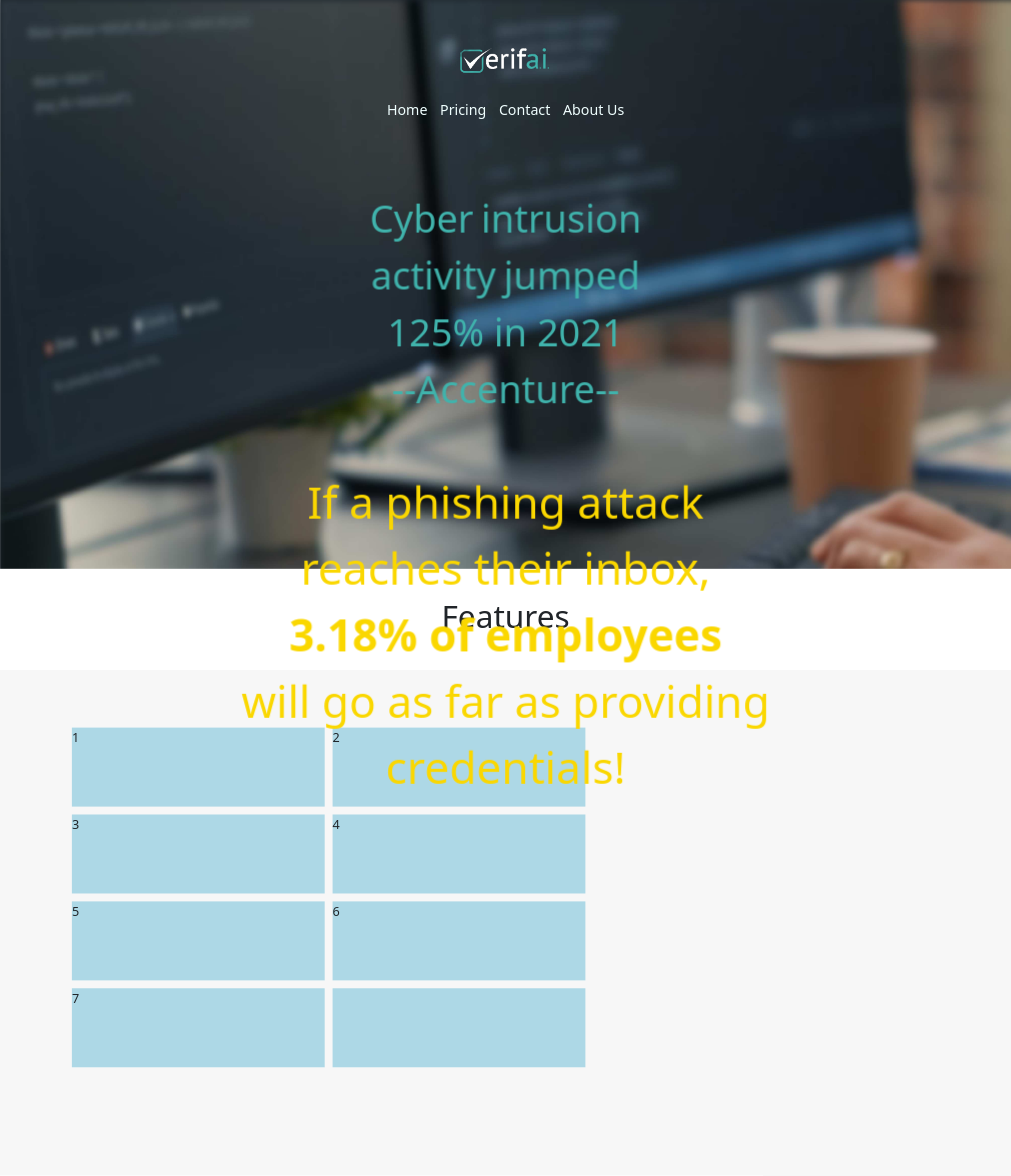
Repository: Ali-VB/verif-website
Page: /
An editor plug-in stored every save of this project. The page is shown before and after the next save, followed by the edit.
The browser window is 1280 px wide. The pictures show the whole page, at 79% of full size.
The project was rebuilt for these pictures with package versions that can differ from the ones it lists, and the page was loaded fresh each time.

Above is the page before, as saved 2022-04-19 10:55:10.

### src/index.css
 body {
  margin: 0;
  padding: 0;
  font-family: -apple-system, BlinkMacSystemFont, 'Segoe UI', 'Roboto', 'Oxygen',
    'Ubuntu', 'Cantarell', 'Fira Sans', 'Droid Sans', 'Helvetica Neue',
    sans-serif;
  -webkit-font-smoothing: antialiased;
  -moz-osx-font-smoothing: grayscale;
}

/* code {
  font-family: source-code-pro, Menlo, Monaco, Consolas, 'Courier New',
    monospace;
}  */

### src/App.js
import React from "react";
import './App.css'
import Navbar from './components/Navbar/Navbar';
import Features from './components/Features/Features'
import Header from './components/Header/Header'


function App() {
  return (
    <div>
      <div className="nav-bg">
        <Navbar />
        <Header />

      </div>
       <Features />
    </div>

  );
}

export default App;

### src/App.css

.nav-bg{
    background-image: url("./Assets/imgs/nav-bg.png");
    height: 100vh;
}

### src/components/Navbar/Navbar.jsx
import React from "react";
import "./Navbar.css";
import verifLogo from "../../Assets/imgs/logo_verif_white.png";
import Header from "../Header/Header";

function Navbar() {
  return (
    <div className="container">
      <div className=" navbar">
        <img className="verif-logo" src={verifLogo} alt="verif-logo" />
        <ul className="navLink">
          <li>Home</li>
          <li>Pricing</li>
          <li>Contact</li>
          <li>About Us</li>
        </ul>
      </div>
    </div>
  );
}

export default Navbar;

### src/components/Features/Features.jsx
import React from "react";
import "./Features.css";
const Features = () => {
  return (
    <div>
      <div className="features-title-section">
        <h1 className="features-title">Features</h1>
      </div>
      <div className="features-section">
        <div className="feature-table">
          <div>1</div>
          <div>2</div>
          <div>3</div>
          <div>4</div>
          <div>5</div>
          <div>6</div>
          <div>7</div>
          <div></div>
        </div>
      </div>
    </div>
  );
};

export default Features;

### src/components/Header/Header.jsx
import React from "react";
import "./Header.css";

export default function Header() {
  return (
    <div className="header-animated">
      <div className="text-first">
        <span className="text-first-span">Cyber</span>
        <span className="text-first-span">intrusion</span>
        <span className="text-first-span">activity</span>
        <span className="text-first-span">jumped</span>
        <span className="text-first-span">125% in 2021</span>
        <span className="text-first-span">--Accenture--</span>
      </div>
      <div className="text-second">
        <span className="text-second-span">If a phishing attack reaches their inbox,</span>
        <span className="text-second-span">3.18% of employees</span>
        <span className="text-second-span">
          will go as far as providing credentials!
        </span>
      </div>
    </div>
  );
}

### src/components/Navbar/Navbar.css

.navbar{
    display: flex;
    flex-direction: column;
    justify-content: center;
    height:10rem;
}
.verif-logo{
    width: 8rem;
    margin-top: 3rem;
}
.verif-logo:hover{
    cursor: pointer;
}
.navLink{
    margin: 0;
    padding:0;
    list-style-type: none;
    display: flex;
    color: azure;
    font-size: 18px;
    gap: 1rem;

}
.navLink:hover{
    cursor: pointer;
}

### src/components/Features/Features.css
.features-title-section{
    height: 8rem;
    display: flex;
    justify-content: center;
    align-items: center;
}
.features-title{

}
.features-section{
    height: 40rem;
    background-color: #f7f7f7;
}
.feature-table{
    display: flex;
    flex-wrap: wrap;
    justify-content: center;
    align-items: center;
    align-content: center;
    width: 65%;
    height: 80vh;
    overflow: auto;
    flex-direction: row;
}
.feature-table div{
    width: 20rem;
    height: 100px;
    margin: 5px;
    background-color: lightblue;
}

### src/components/Header/Header.css
.header-animated{
    overflow-wrap:break-word;
    margin:0 auto;
    padding: 3rem 5rem;
}

.text-first {
    padding: 2rem 2rem;
    color: #40B3AC;
    font-size:3rem;
    width: 40%;
    margin: 0 auto;
    text-align: center;
    transform: scale(0.94);
    animation: scale 2s forwards cubic-bezier(0.5, 1, 0.89, 1);
  }
.text-second {
    padding: 2rem 2rem;
    color: #FAD700;
    font-size:3.5rem;
    width: 70%;
    margin: 0 auto;
    text-align: center;
    transform: scale(0.94);
    animation: scale 3s forwards cubic-bezier(0.5, 1, 0.89, 1);
  }
  @keyframes scale {
    100% {
      transform: scale(1);
    }
  }

  .text-first-span {
    display: inline-block;
    opacity: 0;
    filter: blur(4px);
  }

  .text-first-span:nth-child(1) {
    animation: fade-in 1s 0.1s forwards cubic-bezier(0.11, 0, 0.5, 0);
    margin: 0 0.3rem;
  }

  .text-first-span:nth-child(2) {
    animation: fade-in 1s 0.3s forwards cubic-bezier(0.11, 0, 0.5, 0);
    margin: 0 0.3rem;
  }

  .text-first-span:nth-child(3) {
    animation: fade-in 1s 0.5s forwards cubic-bezier(0.11, 0, 0.5, 0);
    margin: 0 0.3rem;
  }

  .text-first-span:nth-child(4) {
    animation: fade-in 1s 0.7s forwards cubic-bezier(0.11, 0, 0.5, 0);
    margin: 0 0.3rem;
  }

  .text-first-span:nth-child(5) {
    animation: fade-in 1s 0.9s forwards cubic-bezier(0.11, 0, 0.5, 0);
    margin: 0 0.3rem;
  }
  .text-first-span:nth-child(6) {
    animation: fade-in 1s 0.9s forwards cubic-bezier(0.11, 0, 0.5, 0);
    margin: 0 0.3rem;
  }

  .text-second-span {
    display: inline-block;
    opacity: 0;
    filter: blur(4px);
  }

  .text-second-span:nth-child(1) {
    animation: fade-in 1.2s 2.2s forwards cubic-bezier(0.11, 0, 0.5, 0);
    margin: 0 0.3rem;
  }

  .text-second-span:nth-child(2) {
    animation: fade-in 1.8s 2.6s forwards cubic-bezier(0.11, 0, 0.5, 0);
    margin: 0 0.3rem;
    font-weight: bolder;
  }

  .text-second-span:nth-child(3) {
    animation: fade-in 1.2s 3.6s forwards cubic-bezier(0.11, 0, 0.5, 0);
    margin: 0 0.3rem;
  }


  @keyframes fade-in {
    100% {
      opacity: 1;
      filter: blur(0);
    }
  }

  @media only screen and (max-width: 992px) {
    .text-first {
        margin-top: 3rem;
        margin-bottom: 2rem;
        padding: 0.1rem 0.1rem;
        width: 90%;
        font-size:3.5rem;


      }
      .text-second {
        padding: 0.1rem 0.1rem;
        width: 90%;
        font-size:4rem;

      }
  }

  @media only screen and (max-width: 768px) {
    .text-first {
        margin-top: 4.5rem;
        margin-bottom: 3rem;
        padding: 0.1rem 0.1rem;
        width: 90%;
        font-size:1.5rem;


      }
    .text-second {
        padding: 0.1rem 0.1rem;
        width: 90%;
        font-size:2.1rem;

      }
  }

Loaded but not shown: public/index.html (common file); src/index.js (common file); src/reportWebVitals.js (common file)

After the next save:
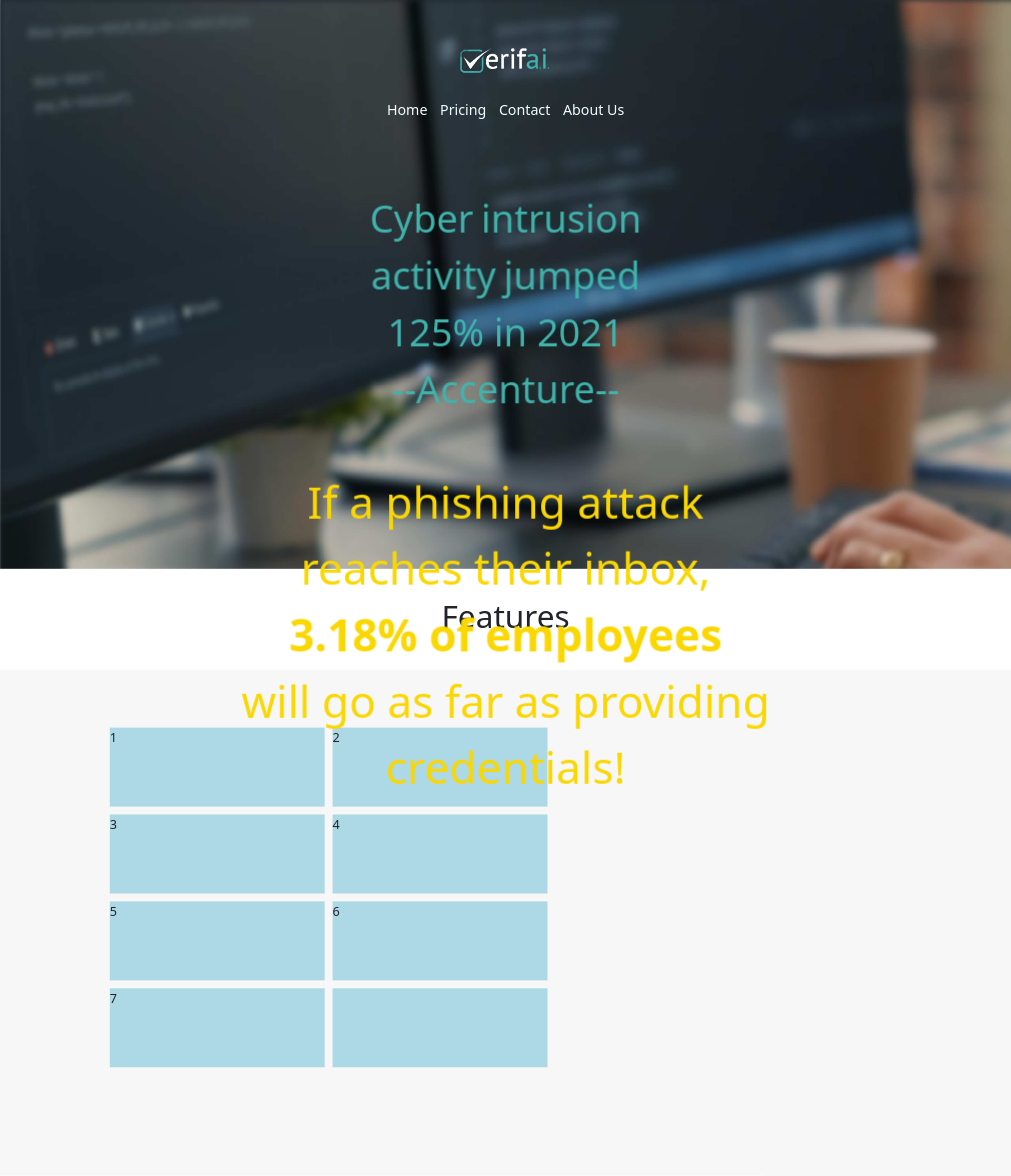
Saved 8 s later.
--- a/src/components/Features/Features.css
+++ b/src/components/Features/Features.css
@@ -23,7 +23,7 @@
     flex-direction: row;
 }
 .feature-table div{
-    width: 20rem;
+    width: 17rem;
     height: 100px;
     margin: 5px;
     background-color: lightblue;
